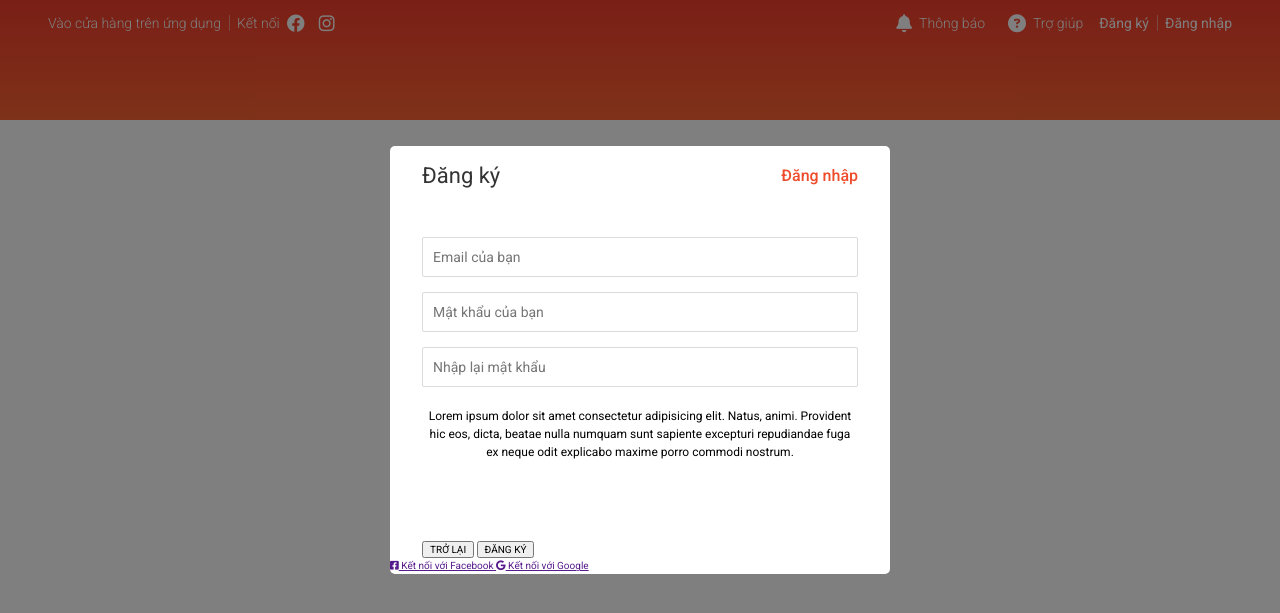
Repository: dptuyen1/F8-Tutorial
Page: index.html
These files come from the project's save history. The page is drawn as it stood at one moment and after the next save; the edit follows.
The browser window is 1280 px wide. The pictures show the whole page.

Above is the page before, as saved 2023-05-08 17:09:05.

### index.html
<!DOCTYPE html>
<html lang="en">
  <head>
    <meta charset="UTF-8" />
    <meta http-equiv="X-UA-Compatible" content="IE=edge" />
    <meta name="viewport" content="width=device-width, initial-scale=1.0" />
    <title>Document</title>
    <link
      rel="stylesheet"
      href="https://cdnjs.cloudflare.com/ajax/libs/normalize/8.0.1/normalize.min.css"
      integrity="sha512-NhSC1YmyruXifcj/KFRWoC561YpHpc5Jtzgvbuzx5VozKpWvQ+4nXhPdFgmx8xqexRcpAglTj9sIBWINXa8x5w=="
      crossorigin="anonymous"
      referrerpolicy="no-referrer"
    />
    <link rel="stylesheet" href="assets/css/base.css" />
    <link rel="stylesheet" href="assets/css/main.css" />
    <link
      rel="stylesheet"
      href="assets/fonts/fontawesome-free-6.4.0-web/css/all.min.css"
    />
    <link rel="preconnect" href="https://fonts.googleapis.com" />
    <link rel="preconnect" href="https://fonts.gstatic.com" crossorigin />
    <link
      href="https://fonts.googleapis.com/css2?family=Roboto:wght@300;400;500;700&display=swap"
      rel="stylesheet"
    />
  </head>

  <body>
    <div class="app">
      <header class="header">
        <div class="grid">
          <nav class="header__navbar">
            <ul class="header__navbar-list">
              <li
                class="header__navbar-item header__navbar-item-has-qr header__navbar-item-separate"
              >
                Vào cửa hàng trên ứng dụng
                <div class="header__qr">
                  <img
                    src="assets/img/qr_code.png"
                    alt="QR Cođe"
                    class="header__qr-img"
                  />
                  <div class="header__qr-apps">
                    <a href="" class="header__qr-link">
                      <img
                        src="assets/img/google_play.png"
                        alt="Google Play"
                        class="header__qr-download-img"
                      />
                    </a>
                    <a href="" class="header__qr-link">
                      <img
                        src="assets/img/app_store.png"
                        alt="App Store"
                        class="header__qr-download-img"
                      />
                    </a>
                  </div>
                </div>
              </li>
              <li class="header__navbar-item">
                <span class="header__navbar-title-no-pointer">Kết nối</span>
                <a href="" class="header__navbar-icon-link">
                  <i class="header__navbar-icon fa-brands fa-facebook"></i>
                </a>
                <a href="" class="header__navbar-icon-link">
                  <i class="header__navbar-icon fa-brands fa-instagram"></i>
                </a>
              </li>
            </ul>
            <ul class="header__navbar-list">
              <li class="header__navbar-item header__navbar-item--has-notify">
                <a href="" class="header__navbar-item-link">
                  <a href="" class="header__navbar-icon-link">
                    <i class="header__navbar-icon fa-solid fa-bell"></i> </a
                  >Thông báo
                </a>
                <div class="header__notify">
                  <header class="header__notify-header">
                    <h3>Thông báo mới nhận</h3>
                  </header>
                  <ul class="header__notify-list">
                    <li class="header__notify-item">
                      <a href="" class="header_notify-link">
                        <img
                          src="assets/img/comestic.jpg"
                          alt=""
                          class="header__notify-img"
                        />
                        <div class="header__notify-info">
                          <span class="header_notify-name"
                            >Mỹ phẩm Ohui chính hãng</span
                          >
                          <span class="header__notify-description"
                            >Mô tả mỹ tả Ohui chính hãng</span
                          >
                        </div>
                      </a>
                    </li>
                    <li class="header__notify-item header__notify-item--read">
                      <a href="" class="header_notify-link">
                        <img
                          src="assets/img/comestic.jpg"
                          alt=""
                          class="header__notify-img"
                        />
                        <div class="header__notify-info">
                          <span class="header_notify-name"
                            >Mỹ phẩm Ohui chính hãng</span
                          >
                          <span class="header__notify-description"
                            >Mô tả mỹ tả Ohui chính hãng</span
                          >
                        </div>
                      </a>
                    </li>
                    <li class="header__notify-item">
                      <a href="" class="header_notify-link">
                        <img
                          src="assets/img/comestic.jpg"
                          alt=""
                          class="header__notify-img"
                        />
                        <div class="header__notify-info">
                          <span class="header_notify-name"
                            >Mỹ phẩm Ohui chính hãng</span
                          >
                          <span class="header__notify-description"
                            >Mô tả mỹ tả Ohui chính hãng</span
                          >
                        </div>
                      </a>
                    </li>
                  </ul>
                  <footer class="header__notify-footer">
                    <a href="" class="header__notify-footer-btn">Xem tất cả</a>
                  </footer>
                </div>
              </li>
              <li class="header__navbar-item">
                <a href="" class="header__navbar-item-link">
                  <a href="" class="header__navbar-icon-link">
                    <i
                      class="header__navbar-icon fa-solid fa-circle-question"
                    ></i></a
                  >Trợ giúp
                </a>
              </li>
              <li
                class="header__navbar-item header__navbar-item-bold header__navbar-item-separate"
              >
                Đăng ký
              </li>
              <li class="header__navbar-item header__navbar-item-bold">
                Đăng nhập
              </li>
            </ul>
          </nav>
        </div>
      </header>

      <div class="container"></div>

      <footer class="footer"></footer>
    </div>

    <!-- Modal layout -->
    <div class="modal">
      <div class="modal__overlay"></div>
      <div class="modal__body">
        <div class="modal__inner"></div>

        <!-- Authenticated Form -->
        <form class="auth-form">
          <div class="auth-form__container">
            <div class="auth-form__header">
              <h3 class="auth_form__heading">Đăng ký</h3>
              <span class="auth_form__switch-btn">Đăng nhập</span>
            </div>
            <div class="auth-form__form">
              <div class="auth-form__group">
                <input
                  type="text"
                  class="auth-form__input"
                  placeholder="Email của bạn"
                />
              </div>
              <div class="auth-form__group">
                <input
                  type="password"
                  class="auth-form__input"
                  placeholder="Mật khẩu của bạn"
                />
              </div>
              <div class="auth-form__group">
                <input
                  type="password"
                  class="auth-form__input"
                  placeholder="Nhập lại mật khẩu"
                />
              </div>
            </div>
            <div class="auth-form__aside">
              <p>
                Lorem ipsum dolor sit amet consectetur adipisicing elit. Natus,
                animi. Provident hic eos, dicta, beatae nulla numquam sunt
                sapiente excepturi repudiandae fuga ex neque odit explicabo
                maxime porro commodi nostrum.
              </p>
            </div>
            <div class="auth-form_controls">
              <button class="btn">TRỞ LẠI</button>
              <button class="btn btn--primary">ĐĂNG KÝ</button>
            </div>
          </div>

          <div class="auth-form_socials">
            <a href="" class="btn btn--with-icon">
              <i class="fa-brands fa-square-facebook"></i>
              Kết nối với Facebook
            </a>
            <a href="" class="btn btn--with-icon">
              <i class="fa-brands fa-google"></i>
              Kết nối với Google
            </a>
          </div>
        </form>
      </div>
    </div>
  </body>
</html>

### assets/css/base.css
:root {
  --primary-color: #ee4d2d;
  --white-color: #fff;
  --black-color: #000;
  --text-color: #333;
  --border-color: #dbdbdb;
}

* {
  box-sizing: inherit;
}

html {
  font-size: 62.5%;
  line-height: 1.6rem;
  font-family: "Roboto", sans-serif;
  box-sizing: border-box;
}

.grid {
  width: 1200px;
  max-width: 100%;
  /* căn giữa */
  margin: 0 auto;
}

.grid__full-width {
  width: 100%;
}

.grid__row {
  display: flex;
  flex-wrap: wrap;
}

/* Modal */
.modal {
  position: fixed;
  top: 0;
  right: 0;
  bottom: 0;
  left: 0;
  display: flex;
}

.modal__overlay {
  position: absolute;
  width: 100%;
  height: 100%;
  background-color: rgba(0, 0, 0, 0.5);
}

.modal__body {
  background-color: var(--white-color);
  margin: auto;
  position: relative;
  z-index: 1;
  border-radius: 5px;
}

.modal__inner {
}

/* Animation */
@keyframes fadeIn {
  from {
    opacity: 0;
  }

  to {
    opacity: 1;
  }
}

@keyframes notifyGrowth {
  from {
    opacity: 0;
    transform: scale(0);
  }

  to {
    opacity: 1;
    transform: scale(1);
  }
}

### assets/css/main.css
.header {
  height: 120px;
  background-image: linear-gradient(0, #fe6433, #f53e2d);
}

.header__navbar {
  display: flex;
  justify-content: space-between;
}

.header__navbar-list {
  list-style: none;
  padding-left: 0;
}

.header__navbar-item {
  margin: 0 8px;
  position: relative;
  min-height: 26px;
}

.header__navbar-item-has-qr:hover .header__qr {
  display: block;
}

.header__navbar-item,
.header__navbar-item-link {
  display: inline-block;
  font-size: 1.4rem;
  color: var(--white-color);
  text-decoration: none;
  font-weight: 300;
}

.header__navbar-list,
.header__navbar-item,
.header__navbar-item-link,
.header__navbar-icon-link {
  display: inline-flex;
  align-items: center;
}

.header__navbar-item:hover,
.header__navbar-item-link:hover,
.header__navbar-icon-link:hover {
  color: rgba(255, 255, 255, 0.5);
  cursor: pointer;
}

.header__navbar-item--has-notify:hover .header__notify {
  display: block;
}

.header__navbar-item-bold {
  font-weight: 400;
}

.header__navbar-item-separate::after {
  content: "";
  display: block;
  position: absolute;
  border-left: 1px solid #fb9086;
  height: 16px;
  right: -9px;
  top: 50%;
  transform: translateY(-50%);
}

.header__navbar-icon-link {
  color: var(--white-color);
  text-decoration: none;
}

.header__navbar-icon {
  font-size: 1.8rem;
  margin: 0 7px;
}

.header__navbar-title-no-pointer {
  cursor: text;
  color: var(--white-color);
}

/* Header QR Code  */
.header__qr {
  width: 185px;
  background-color: var(--white-color);
  position: absolute;
  left: 0;
  /* cao bằng thẻ chứa nó */
  top: 150%;
  padding: 8px;
  border-radius: 2px;
  display: none;
  animation: fadeIn ease-in 0.5s;
}

.header__qr::before {
  content: "";
  display: block;
  position: absolute;
  width: 100%;
  height: 20px;
  left: 0;
  top: -20px;
}

.header__qr-img {
  width: 100%;
}

.header__qr-apps {
  display: flex;
  justify-content: space-between;
}

.header__qr-link:first-child {
  margin-left: 11px;
}

.header__qr-link:last-child {
  margin-right: 11px;
}

.header__qr-download-img {
  height: 15px;
}

/* Header notification */

.header__notify {
  position: absolute;
  top: 150%;
  right: 0;
  width: 405px;
  background-color: var(--white-color);
  border: 1px solid #d3d3d3;
  border-radius: 2px;
  cursor: default;
  transform-origin: top right;
  display: none;
  animation: notifyGrowth ease-in 0.5s;
}

.header__notify::before {
  content: "";
  border-width: 20px 30px;
  border-style: solid;
  border-color: transparent transparent var(--white-color) transparent;
  position: absolute;
  right: 0;
  top: -30px;
}

.header__notify::after {
  content: "";
  display: block;
  position: absolute;
  right: 0;
  top: -20px;
  width: 100%;
  height: 20px;
}

.header__notify-header {
  height: 40px;
  background-color: var(--white-color);
}

.header__notify-header h3 {
  color: #999;
  margin: 0 0 0 12px;
  font-weight: 400;
  font-size: 1.4rem;
  line-height: 40px;
}

.header__notify-list {
  padding-left: 0;
}

.header__notify-item {
  display: flex;
}

.header__notify-item:hover {
  background-color: #f7f7f7;
}

.header__notify-item--read {
  background-color: rgba(238, 77, 45, 0.2);
}

.header_notify-link {
  width: 100%;
  display: flex;
  padding: 12px;
  text-decoration: none;
}

.header__notify-img {
  width: 50px;
  object-fit: contain;
}

.header__notify-info {
  margin-left: 12px;
}

.header_notify-name {
  display: block;
  font-size: 1.4rem;
  color: var(--black-color);
  font-weight: 400;
}

.header__notify-description {
  display: block;
  font-size: 1.2rem;
  line-height: 2rem;
  color: #756f6e;
  margin-top: 10px;
}

.header__notify-footer {
  display: flex;
}

.header__notify-footer-btn {
  text-decoration: none;
  color: var(--text-color);
  margin: 0 auto;
  padding: 10px;
  font-size: 1.4rem;
  font-weight: 400;
}

/* Authenticated modal */
.auth-form {
  width: 500px;
}

.auth-form__container {
  padding: 0 32px;
}

.auth-form__header {
  display: flex;
  align-items: center;
  justify-content: space-between;
}

.auth_form__heading {
  font-size: 2.2rem;
  font-weight: 400;
  color: var(--text-color);
}

.auth_form__switch-btn {
  font-size: 1.6rem;
  color: var(--primary-color);
  font-weight: 500;
  cursor: pointer;
}

.auth-form__form {
  margin-top: 16px;
}

.auth-form__group {
}

.auth-form__input {
  width: 100%;
  height: 40px;
  margin-top: 15px;
  padding: 0 10px;
  font-size: 1.4rem;
  border: 1px solid var(--border-color);
  border-radius: 2px;
  outline: none;
}

.auth-form__input:focus {
  border-color: #777;
}

.auth-form__aside {
  margin-top: 20px;
}

.auth-form__aside p {
  font-size: 1.2rem;
  line-height: 1.8rem;
  text-align: center;
}

.auth-form_controls {
  margin-top: 80px;
}

.btn {
}

.btn--primary {
}

.auth-form_socials {
}

.btn--with-icon {
}

.fa-brands {
}

.fa-square-facebook {
}

.fa-google {
}

Loaded but not shown: assets/fonts/fontawesome-free-6.4.0-web/css/all.min.css (library)

After the next save:
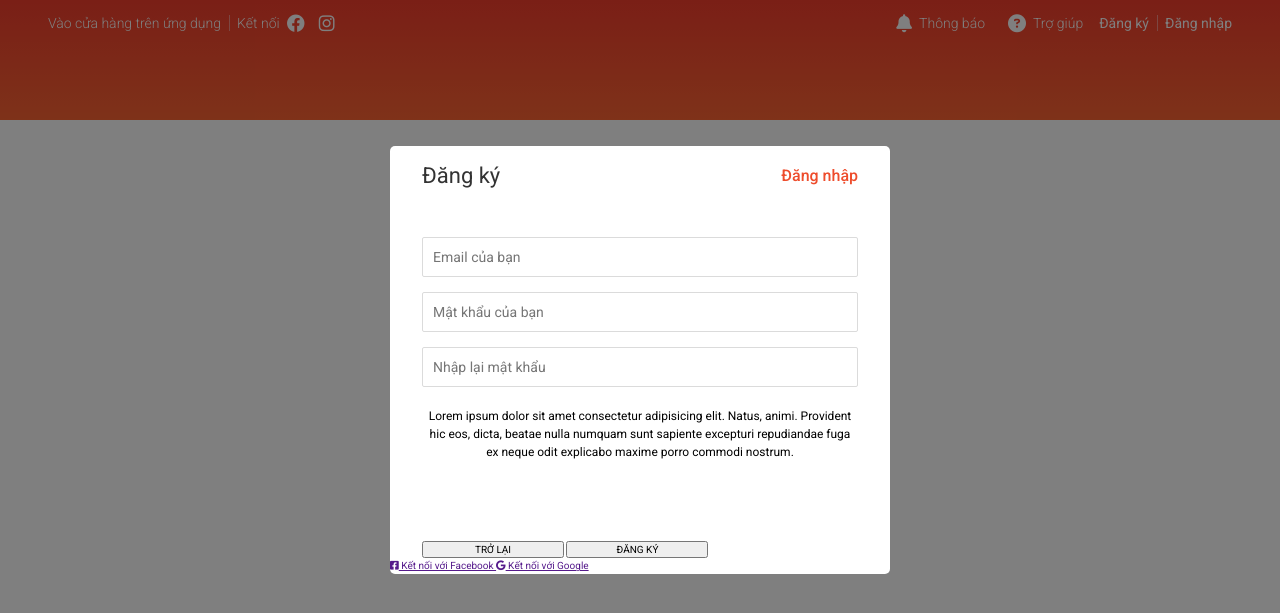
Saved 40 s later.
--- a/assets/css/base.css
+++ b/assets/css/base.css
@@ -61,6 +61,11 @@ html {
 .modal__inner {
 }
 
+/* Button style */
+.btn {
+  min-width: 142px;
+}
+
 /* Animation */
 @keyframes fadeIn {
   from {
